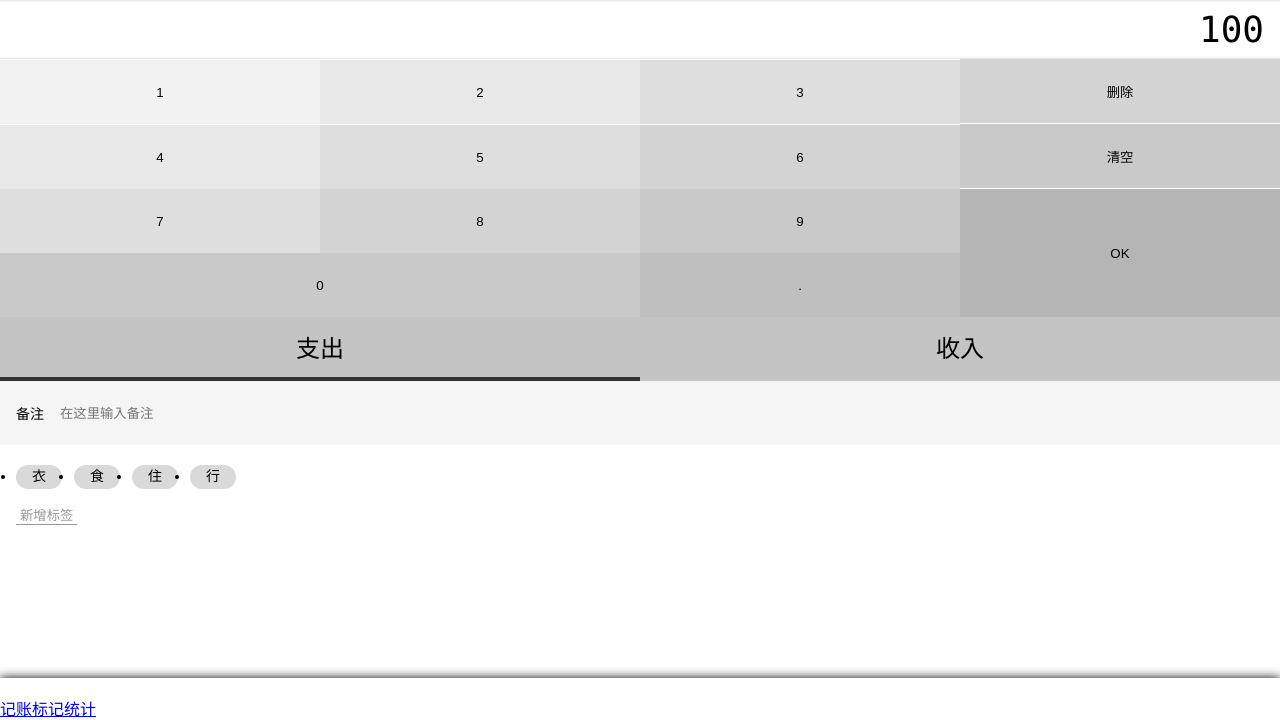
Repository: jiujiu407/bookkeeping
Page: /
These files come from the project's save history. The page is drawn as it stood at one moment and after the next save; the edit follows.
The browser window is 1280 px wide. The pictures show the whole page.
The project was rebuilt for these pictures with package versions that can differ from the ones it lists, and the page was loaded fresh each time. Also part of the build but not shown: vue.config.js, src/views/Labels.vue, src/views/Statistics.vue, src/views/NotFound.vue.

Above is the page before, as saved 2021-10-19 14:44:20.

After the next save:
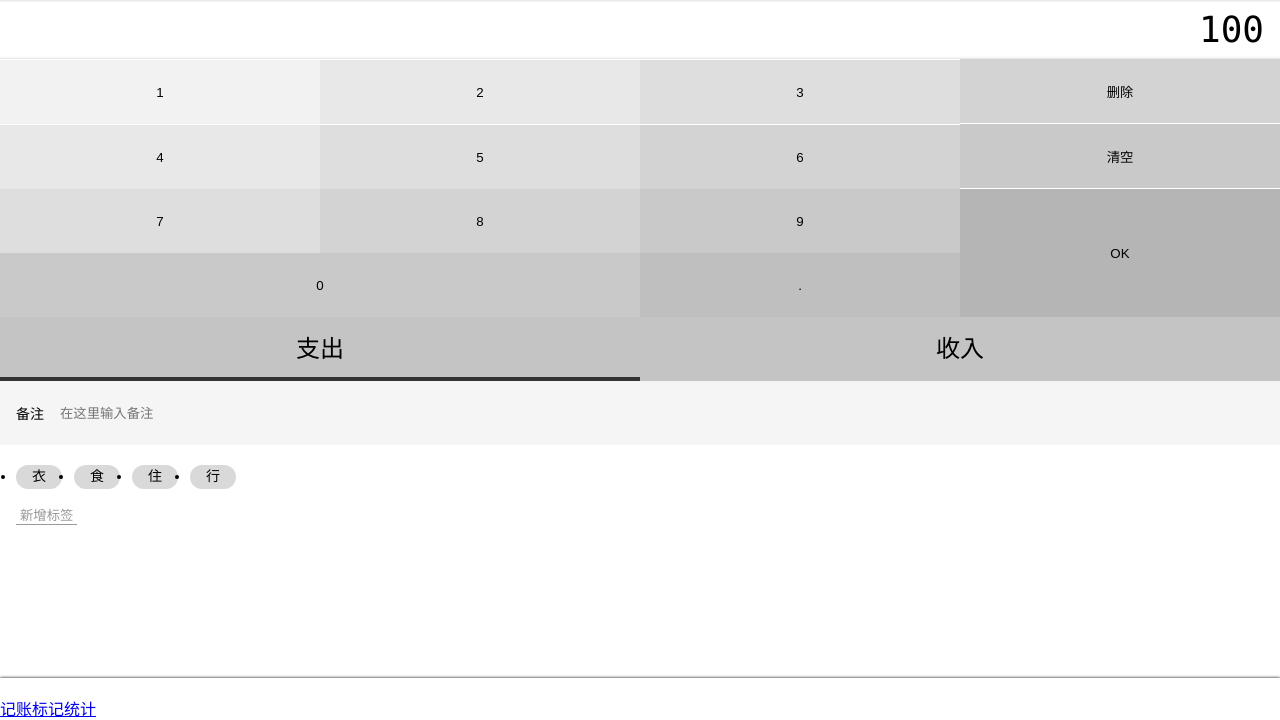
Saved 54 s later.
--- a/src/components/Nav.vue
+++ b/src/components/Nav.vue
@@ -23,7 +23,7 @@ export default Vue.extend({
 <style lang="scss" scoped>
 nav{
   display: flex;
-  box-shadow: 0 0 10px rgba(0,0,0,1);
+  box-shadow: 0 0 3px rgba(0,0,0,1);
   >.item{
 
   }
